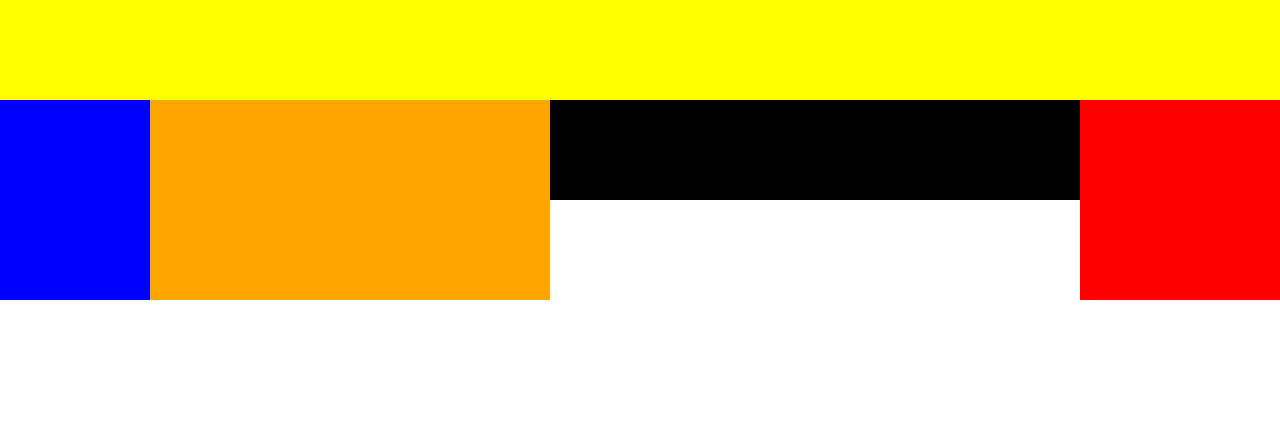
Repository: hminah0215/bitcamp
Page: http://localhost/day0218/exam03/ex05.jsp
An editor plug-in stored every save of this project. The page is shown before and after the next save, followed by the edit.
The browser window is 1280 px wide. The pictures show the whole page.
The page is served by Tomcat 9.

Above is the page before, as saved 2020-02-18 03:56:29.

After the next save:
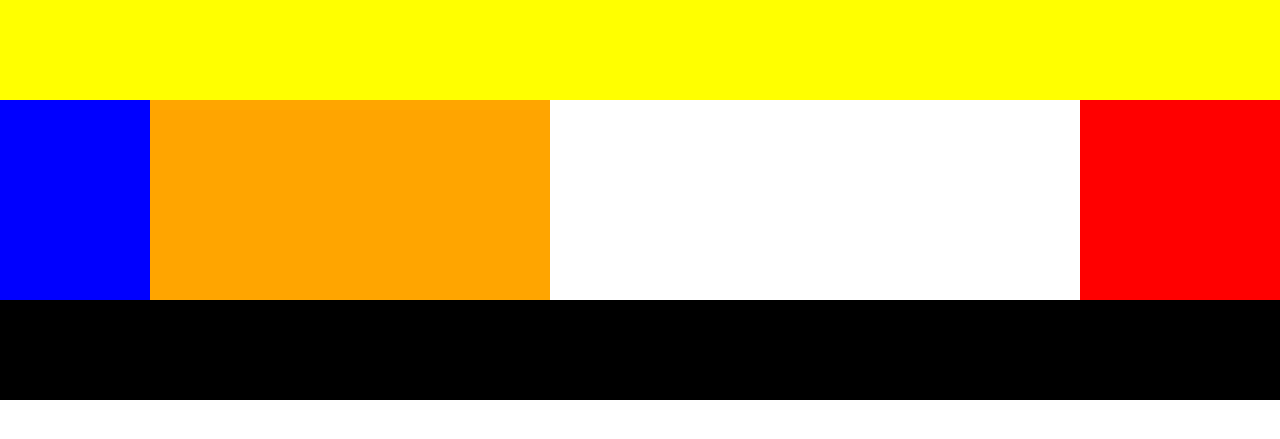
Saved 19 s later.
--- a/save_eclipse/day0218/WebContent/exam03/ex05.jsp
+++ b/save_eclipse/day0218/WebContent/exam03/ex05.jsp
@@ -15,7 +15,7 @@
 
 	section{width: 400px; height: 200px; background: orange; float: left;}
 
-	footer{width: 100%; height: 100px; background: black;}
+	footer{clear: both; width: 100%; height: 100px; background: black;}
 </style>
 </head>
 <body>
